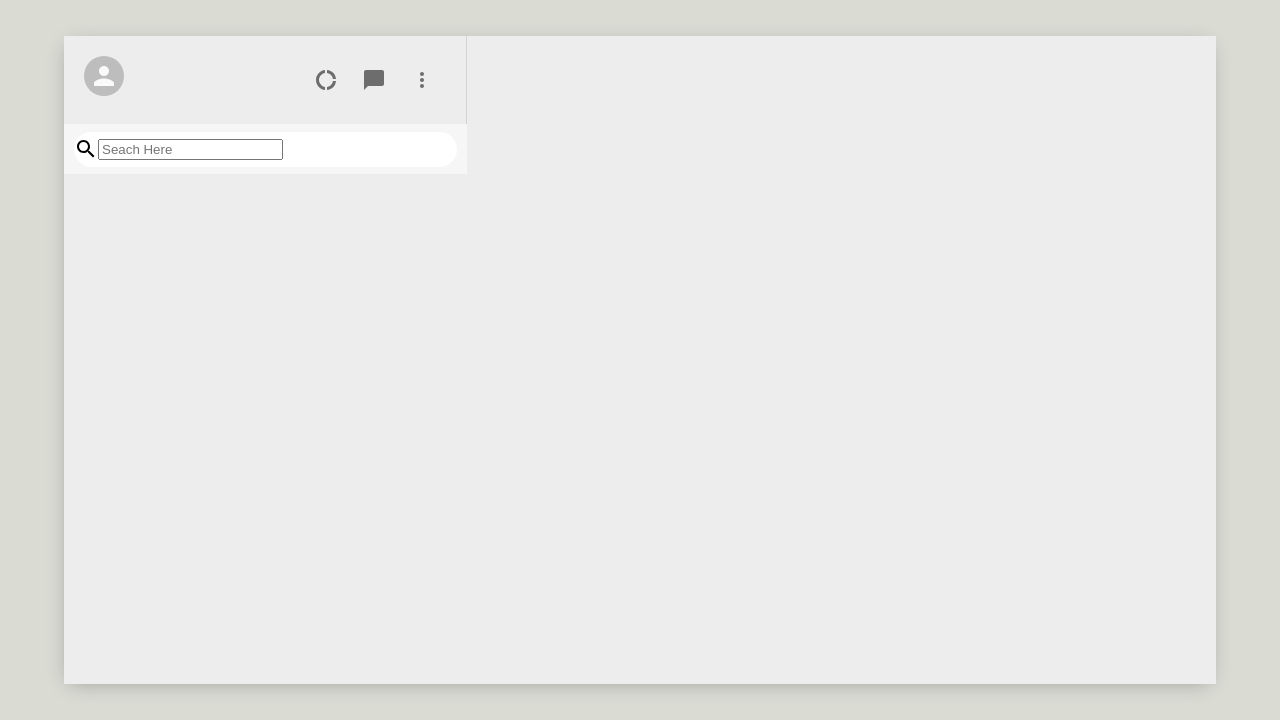
Repository: Prafullkuma/whatsappclon
Page: /
The author's editor kept a copy of each file at every save. The page is drawn from the files as they stood at one save, then again after the next save.
The browser window is 1280 px wide. The pictures show the whole page.
The project was rebuilt for these pictures with package versions that can differ from the ones it lists, and the page was loaded fresh each time.

Above is the page before, as saved 2020-08-19 12:09:17.

### src/App.js
import React from 'react';
import './App.css';
import Sidebar from './Component/Sidebar'
function App() {
  return (
    <div className="app">
      <div className="app__body">
        <Sidebar />
      </div>
    </div>
  );
}

export default App;

### src/App.css
.app{
  background-color: #dadbd3;
  height: 100vh;
  display: grid;
  place-items: center;
}
.app__body{
  display: flex;
  height: 90vh;
  width: 90vw;
  background-color: #ededed;
  box-shadow: -1px 4px 20px -6px rgba(0, 0, 0, 0.3);
}

### src/Component/Sidebar.js
import React from 'react'
import { Avatar, IconButton } from '@material-ui/core';
import DonutLargeIcon from '@material-ui/icons/DonutLarge';
import ChatBubbleIcon from '@material-ui/icons/ChatBubble';
import MoreVertIcon from '@material-ui/icons/MoreVert';
import SearchIcon from '@material-ui/icons/Search';
import './Sidebar.css'
function Slidebar() {
    return (
        <div className="sidebar">
            <div className="sidebar_header">
                <Avatar />
                <div className="sidebar_headerRight">
                    <IconButton>
                        <DonutLargeIcon />
                    </IconButton>
                    <IconButton>
                        <ChatBubbleIcon />
                    </IconButton>
                    <IconButton>
                        <MoreVertIcon />
                    </IconButton>
                </div>
            </div>
            <div className="sidebar_search">
                <div className="search_container">
                    <SearchIcon />
                    <input type="text"
                        placeholder="Seach Here" />
                </div>
            </div>
            <div className="sidebar_chat">

            </div>
        </div >
    )
}

export default Slidebar

### src/Component/Sidebar.css
.sidebar{
 display: flex;
 flex-direction: column;
 flex: 0.35;
}
.sidebar_header{
    display: flex;
    justify-content: space-between;
    padding: 20px;
    border-right: 1px solid lightgray;
}
.sidebar_headerRight{
    display: flex;
    align-items: center;
    justify-content: space-between;
    min-width: 9vw;
}
.sidebar_headerRight>.MuiSvgIcon-root{
    margin-right: 2vw;
    font-size: 24px !important;
}
.sidebar_search{
    display: flex;
    align-items: center;
    background-color: #f6f6f6;
    height: 30px;
    padding: 10px;
}
.search_container{
display: flex;
align-items: center;
background-color: white;
width: 100%;
height: 35px;
border-radius: 20px;
}

Loaded but not shown: public/index.html (common file); src/index.js (common file); src/index.css (common file)

After the next save:
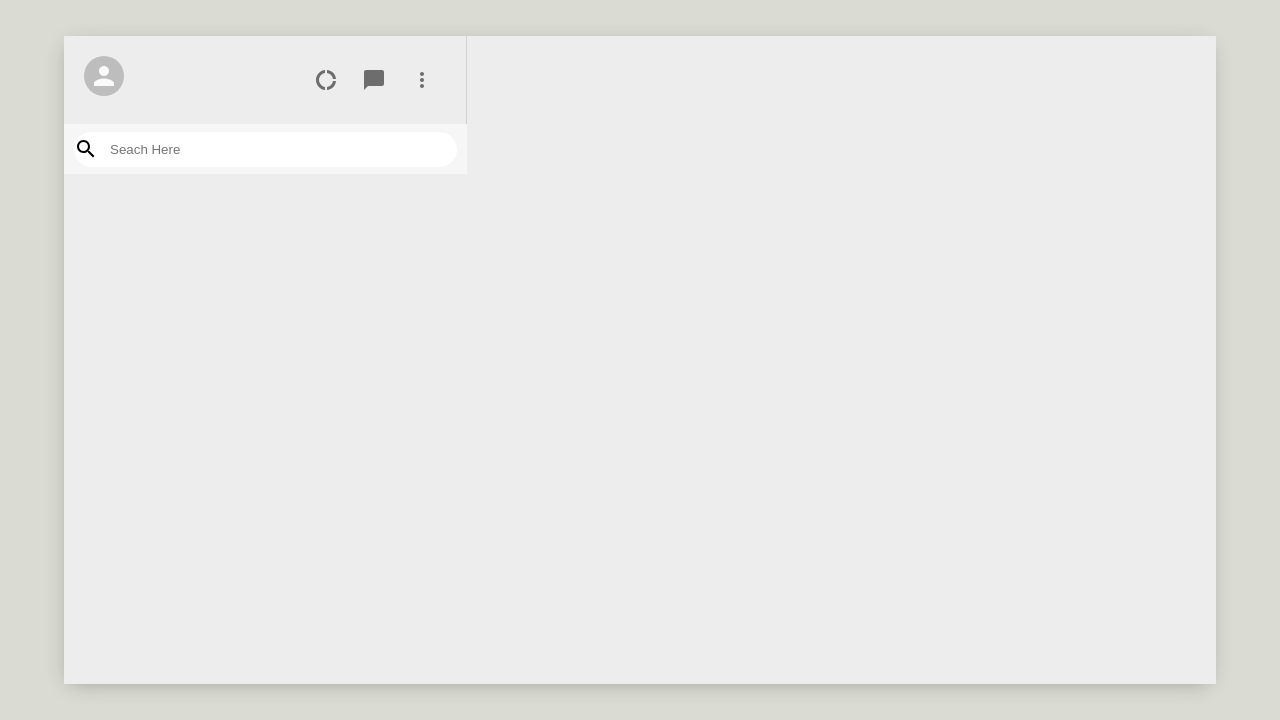
Saved 37 s later.
--- a/src/Component/Sidebar.css
+++ b/src/Component/Sidebar.css
@@ -34,3 +34,7 @@ width: 100%;
 height: 35px;
 border-radius: 20px;
 }
+.search_container>input{
+    border: none;
+    margin-left: 10px;
+}
